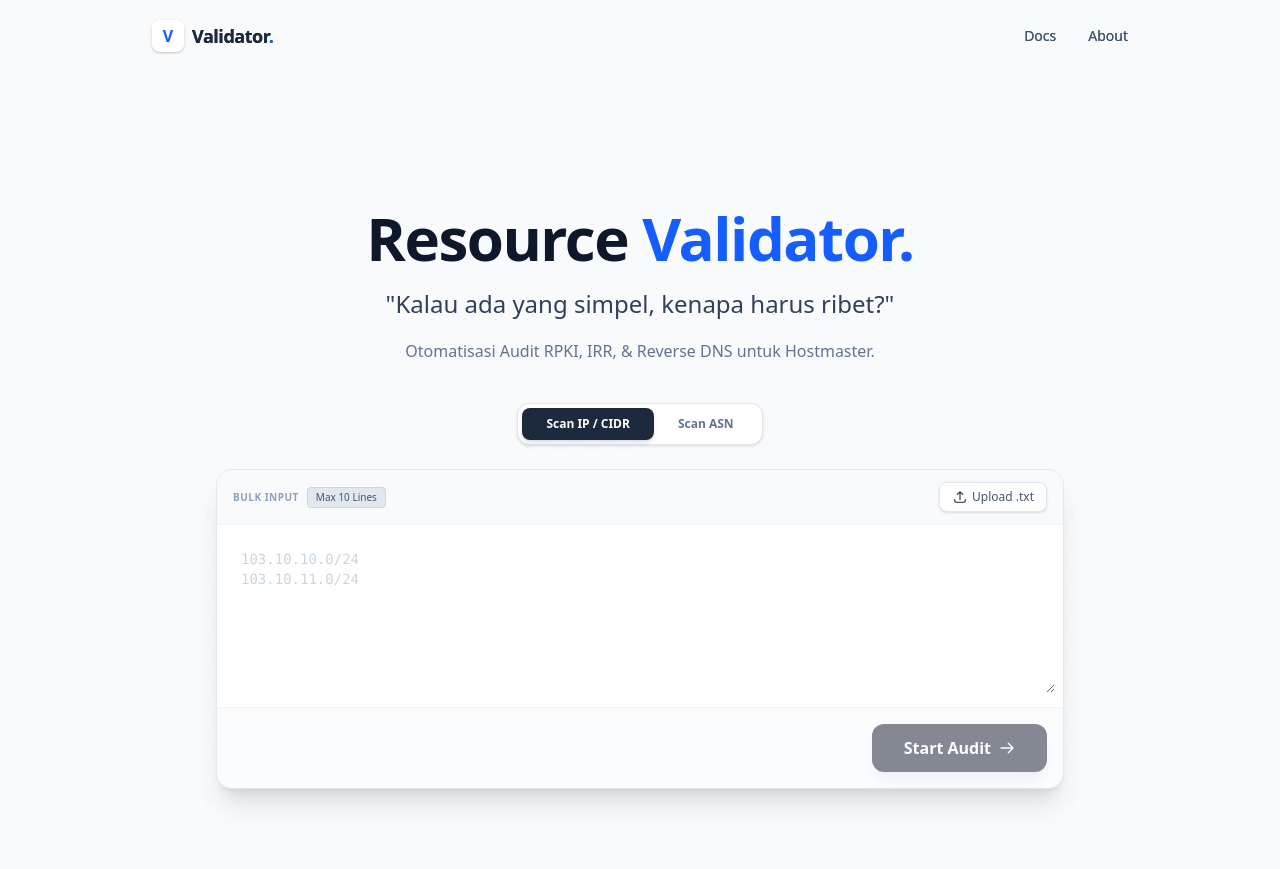
Repository: KilluaProject/resource_validator
Page: /
The author's editor kept a copy of each file at every save. The page is drawn from the files as they stood at one save, then again after the next save.
The browser window is 1280 px wide. The pictures show the whole page.
The project was rebuilt for these pictures with package versions that can differ from the ones it lists, and the page was loaded fresh each time. The framework's server and built-in components were replaced by stand-ins that run in the browser. Also part of the build but not shown: next.config.ts, components/ResultModal.tsx.

Above is the page before, as saved 2026-01-11 19:42:00.

After the next save:
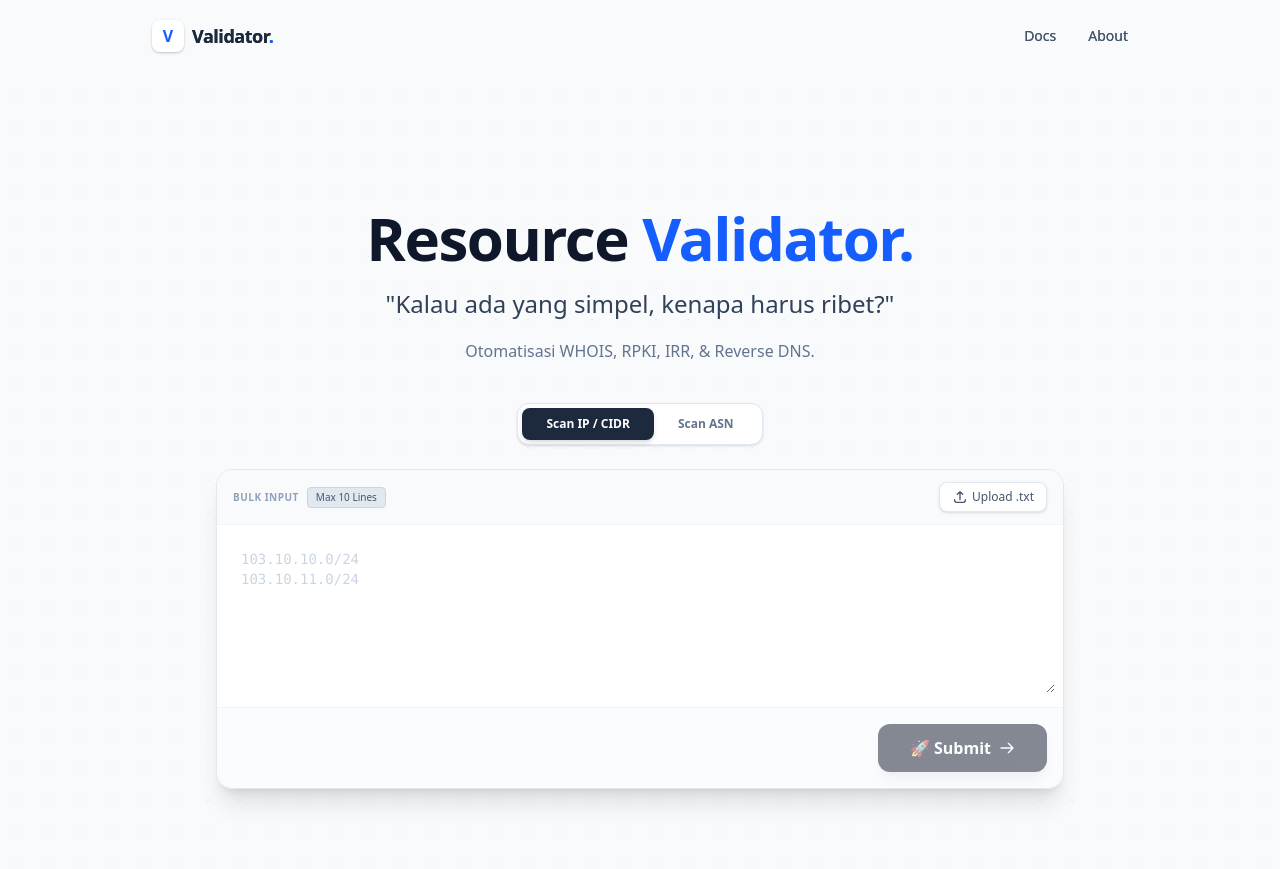
Saved 79 s later.
--- a/app/page.tsx
+++ b/app/page.tsx
@@ -173,7 +173,7 @@ export default function Home() {
         <div className="mb-10 space-y-4">
           <h1 className="text-4xl md:text-6xl font-extrabold text-slate-900 tracking-tight">Resource <span className="text-blue-600">Validator.</span></h1>
           <p className="text-xl md:text-2xl text-slate-700 font-medium max-w-2xl mx-auto leading-relaxed">&quot;Kalau ada yang simpel, kenapa harus ribet?&quot;</p>
-          <p className="text-slate-500 text-sm md:text-base">Otomatisasi Audit RPKI, IRR, & Reverse DNS untuk Hostmaster.</p>
+          <p className="text-slate-500 text-sm md:text-base">Otomatisasi WHOIS, RPKI, IRR, & Reverse DNS.</p>
         </div>
 
         {/* Toggle Switch */}
@@ -215,7 +215,7 @@ export default function Home() {
           </div>
           <div className="p-4 bg-slate-50/50 border-t border-slate-100 flex justify-end">
              <button onClick={handleSubmit} disabled={loading || !input} className="w-full sm:w-auto bg-slate-900 hover:bg-blue-600 text-white px-8 py-3 rounded-xl font-bold transition-all disabled:opacity-50 disabled:cursor-not-allowed flex items-center justify-center gap-2 shadow-lg shadow-slate-300/50 active:scale-95">
-                {loading ? (<><div className="w-4 h-4 border-2 border-white/30 border-t-white rounded-full animate-spin"></div>Processing {progress}/{totalScan}...</>) : (<>{mode === "IP" ? "Start Audit" : "Search ASN"}<svg className="w-4 h-4" fill="none" stroke="currentColor" viewBox="0 0 24 24"><path strokeLinecap="round" strokeLinejoin="round" strokeWidth={2} d="M14 5l7 7m0 0l-7 7m7-7H3" /></svg></>)}
+                {loading ? (<><div className="w-4 h-4 border-2 border-white/30 border-t-white rounded-full animate-spin"></div>Processing {progress}/{totalScan}...</>) : (<>{mode === "IP" ? "🚀 Submit" : "Search ASN"}<svg className="w-4 h-4" fill="none" stroke="currentColor" viewBox="0 0 24 24"><path strokeLinecap="round" strokeLinejoin="round" strokeWidth={2} d="M14 5l7 7m0 0l-7 7m7-7H3" /></svg></>)}
              </button>
           </div>
         </div>
